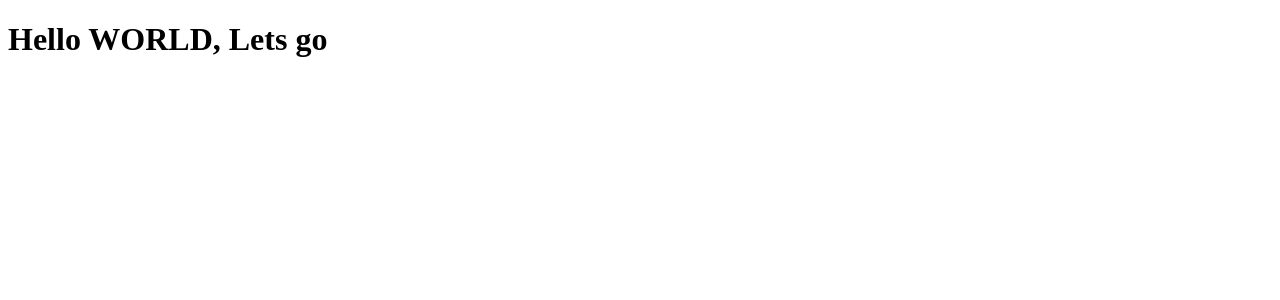
Repository: madeg42/TestJavajee
Page: http://localhost/HelloWorldJavaEE/
These files come from the project's save history. The page is drawn as it stood at one moment and after the next save; the edit follows.
The browser window is 1280 px wide. The pictures show the whole page.
The page is served by Tomcat 9.

Above is the page before, as saved 2021-11-10 14:45:19.

After the next save:
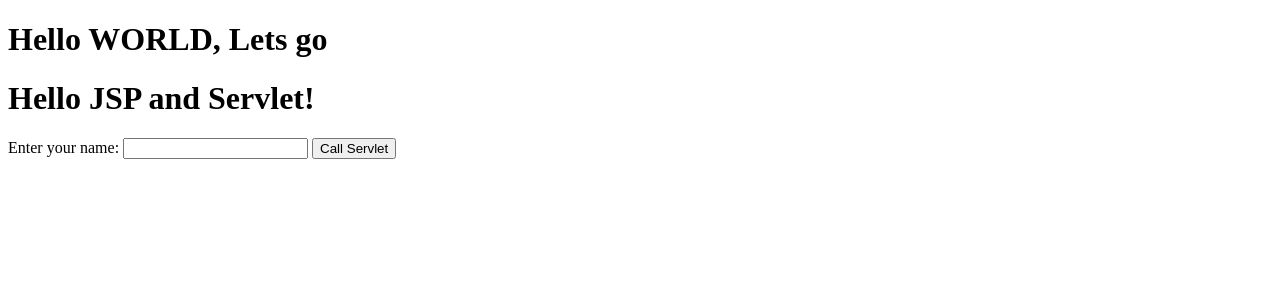
Saved 34 s later.
--- a/servlet/HelloWorldJavaEE/WebContent/index.jsp
+++ b/servlet/HelloWorldJavaEE/WebContent/index.jsp
@@ -8,5 +8,11 @@
 </head>
 <body>
 <h1>Hello WORLD, Lets go </h1>
+
+<h1>Hello JSP and Servlet!</h1>
+<form action="helloServlet" method="post">
+    Enter your name: <input type="text" name="yourName" size="20">
+    <input type="submit" value="Call Servlet" />
+</form>
 </body>
 </html>
